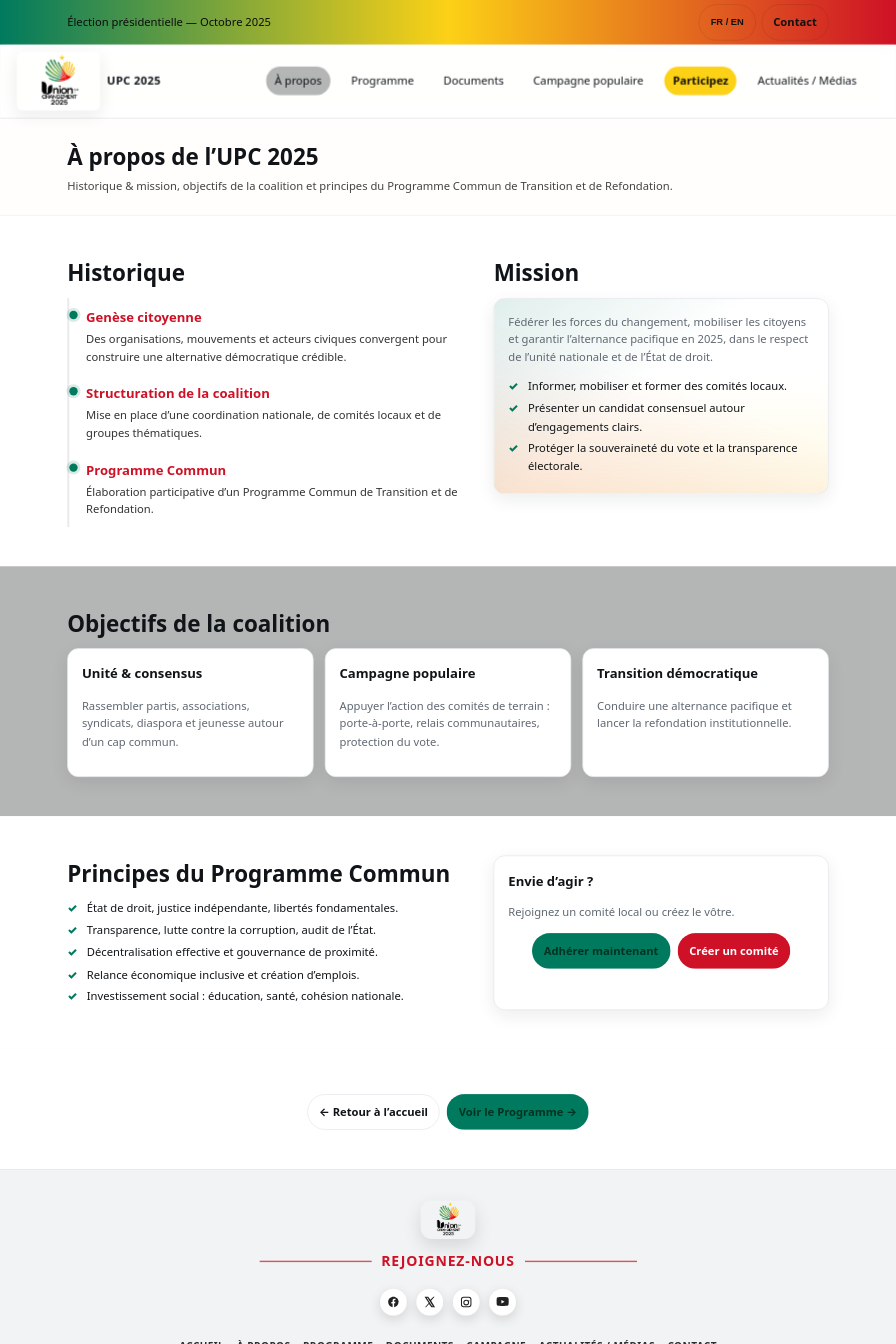
Repository: Kishny/upc2025
Page: a-propos.html
The author's editor kept a copy of each file at every save. The page is drawn from the files as they stood at one save, then again after the next save.
The browser window is 1280 px wide. The pictures show the part of the page from y = 0 to 1920 px (the page is 2017 px tall before and 3529 px after), at 70% of full size.

Above is the page before, as saved 2025-09-11 15:11:40.

After the next save:
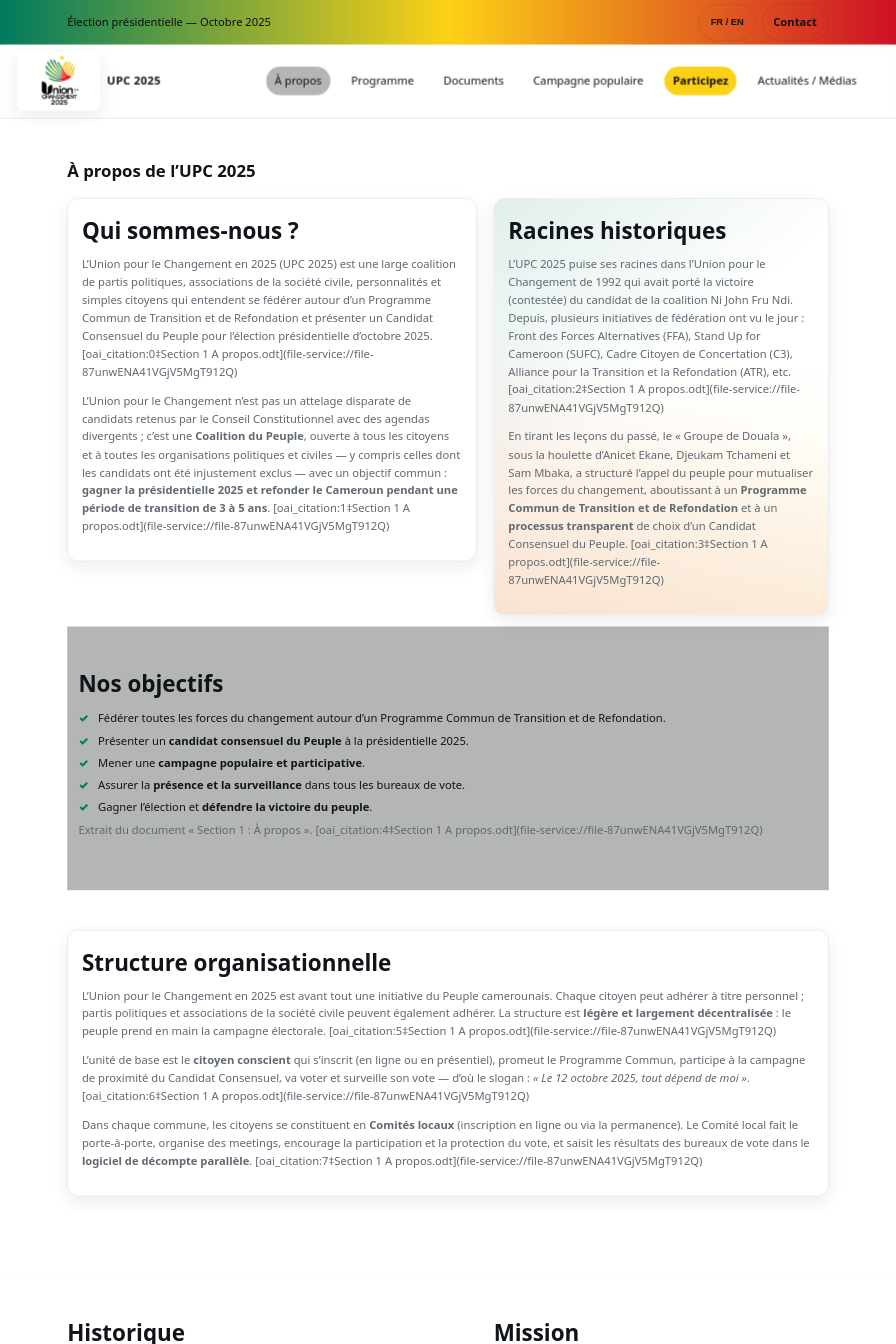
Saved 19 min 39 s later.
--- a/a-propos.html
+++ b/a-propos.html
@@ -72,14 +72,133 @@
       </div>
     </header>
 
-    <!-- En-tête de page -->
-    <section class="page-hero">
+    <!-- À PROPOS : contenu officiel -->
+    <section class="section">
       <div class="container">
-        <h1 data-i18n="about_page_title">À propos de l’UPC 2025</h1>
-        <p class="page-hero__lead" data-i18n="about_page_lead">
-          Historique & mission, objectifs de la coalition et principes du
-          Programme Commun de Transition et de Refondation.
-        </p>
+        <h1>À propos de l’UPC 2025</h1>
+
+        <!-- Qui sommes-nous ? -->
+        <div class="grid-2" style="align-items: start">
+          <article class="card">
+            <h2>Qui sommes-nous ?</h2>
+            <p>
+              L’Union pour le Changement en 2025 (UPC 2025) est une large
+              coalition de partis politiques, associations de la société civile,
+              personnalités et simples citoyens qui entendent se fédérer autour
+              d’un Programme Commun de Transition et de Refondation et présenter
+              un Candidat Consensuel du Peuple pour l’élection présidentielle
+              d’octobre 2025. [oai_citation:0‡Section 1 A
+              propos.odt](file-service://file-87unwENA41VGjV5MgT912Q)
+            </p>
+            <p>
+              L’Union pour le Changement n’est pas un attelage disparate de
+              candidats retenus par le Conseil Constitutionnel avec des agendas
+              divergents ; c’est une <strong>Coalition du Peuple</strong>,
+              ouverte à tous les citoyens et à toutes les organisations
+              politiques et civiles — y compris celles dont les candidats ont
+              été injustement exclus — avec un objectif commun :
+              <strong
+                >gagner la présidentielle 2025 et refonder le Cameroun pendant
+                une période de transition de 3 à 5 ans</strong
+              >. [oai_citation:1‡Section 1 A
+              propos.odt](file-service://file-87unwENA41VGjV5MgT912Q)
+            </p>
+          </article>
+
+          <!-- Racines historiques -->
+          <aside class="card gradient-cm">
+            <h2>Racines historiques</h2>
+            <p>
+              L’UPC 2025 puise ses racines dans l’Union pour le Changement de
+              1992 qui avait porté la victoire (contestée) du candidat de la
+              coalition Ni John Fru Ndi. Depuis, plusieurs initiatives de
+              fédération ont vu le jour : Front des Forces Alternatives (FFA),
+              Stand Up for Cameroon (SUFC), Cadre Citoyen de Concertation (C3),
+              Alliance pour la Transition et la Refondation (ATR), etc.
+              [oai_citation:2‡Section 1 A
+              propos.odt](file-service://file-87unwENA41VGjV5MgT912Q)
+            </p>
+            <p>
+              En tirant les leçons du passé, le « Groupe de Douala », sous la
+              houlette d’Anicet Ekane, Djeukam Tchameni et Sam Mbaka, a
+              structuré l’appel du peuple pour mutualiser les forces du
+              changement, aboutissant à un
+              <strong>Programme Commun de Transition et de Refondation</strong>
+              et à un <strong>processus transparent</strong> de choix d’un
+              Candidat Consensuel du Peuple. [oai_citation:3‡Section 1 A
+              propos.odt](file-service://file-87unwENA41VGjV5MgT912Q)
+            </p>
+          </aside>
+        </div>
+
+        <!-- Nos objectifs -->
+        <section class="section section--alt" style="margin-top: 16px">
+          <div class="container">
+            <h2>Nos objectifs</h2>
+            <ul class="checklist">
+              <li>
+                Fédérer toutes les forces du changement autour d’un Programme
+                Commun de Transition et de Refondation.
+              </li>
+              <li>
+                Présenter un <strong>candidat consensuel du Peuple</strong> à la
+                présidentielle 2025.
+              </li>
+              <li>
+                Mener une <strong>campagne populaire et participative</strong>.
+              </li>
+              <li>
+                Assurer la <strong>présence et la surveillance</strong> dans
+                tous les bureaux de vote.
+              </li>
+              <li>
+                Gagner l’élection et
+                <strong>défendre la victoire du peuple</strong>.
+              </li>
+            </ul>
+            <!-- source -->
+            <p class="muted" style="margin-top: 8px">
+              Extrait du document « Section 1 : À propos ».
+              [oai_citation:4‡Section 1 A
+              propos.odt](file-service://file-87unwENA41VGjV5MgT912Q)
+            </p>
+          </div>
+        </section>
+
+        <!-- Structure organisationnelle -->
+        <section class="section">
+          <div class="container card">
+            <h2>Structure organisationnelle</h2>
+            <p>
+              L’Union pour le Changement en 2025 est avant tout une initiative
+              du Peuple camerounais. Chaque citoyen peut adhérer à titre
+              personnel ; partis politiques et associations de la société civile
+              peuvent également adhérer. La structure est
+              <strong>légère et largement décentralisée</strong> : le peuple
+              prend en main la campagne électorale. [oai_citation:5‡Section 1 A
+              propos.odt](file-service://file-87unwENA41VGjV5MgT912Q)
+            </p>
+            <p>
+              L’unité de base est le <strong>citoyen conscient</strong> qui
+              s’inscrit (en ligne ou en présentiel), promeut le Programme
+              Commun, participe à la campagne de proximité du Candidat
+              Consensuel, va voter et surveille son vote — d’où le slogan :
+              <em>« Le 12 octobre 2025, tout dépend de moi »</em>.
+              [oai_citation:6‡Section 1 A
+              propos.odt](file-service://file-87unwENA41VGjV5MgT912Q)
+            </p>
+            <p>
+              Dans chaque commune, les citoyens se constituent en
+              <strong>Comités locaux</strong> (inscription en ligne ou via la
+              permanence). Le Comité local fait le porte-à-porte, organise des
+              meetings, encourage la participation et la protection du vote, et
+              saisit les résultats des bureaux de vote dans le
+              <strong>logiciel de décompte parallèle</strong>.
+              [oai_citation:7‡Section 1 A
+              propos.odt](file-service://file-87unwENA41VGjV5MgT912Q)
+            </p>
+          </div>
+        </section>
       </div>
     </section>
 
